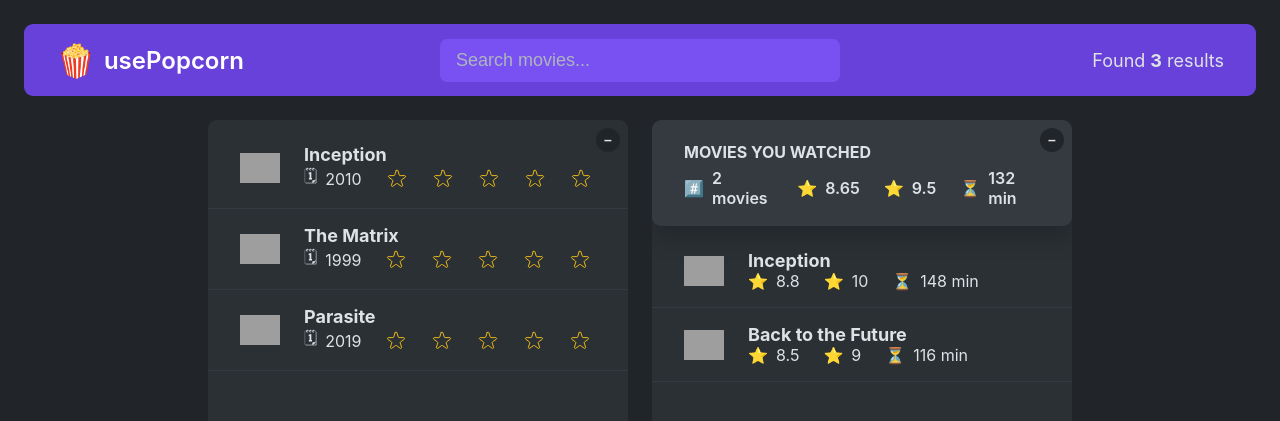
Repository: pmcalmeida/usepopcorn
Page: /
These files come from the project's save history. The page is drawn as it stood at one moment and after the next save; the edit follows.
The browser window is 1280 px wide. The pictures show the whole page.
Pictures or frames that could not be fetched are drawn as grey boxes. The project was rebuilt for these pictures with package versions that can differ from the ones it lists, and the page was loaded fresh each time.

Above is the page before, as saved 2024-06-25 16:28:33.

After the next save:
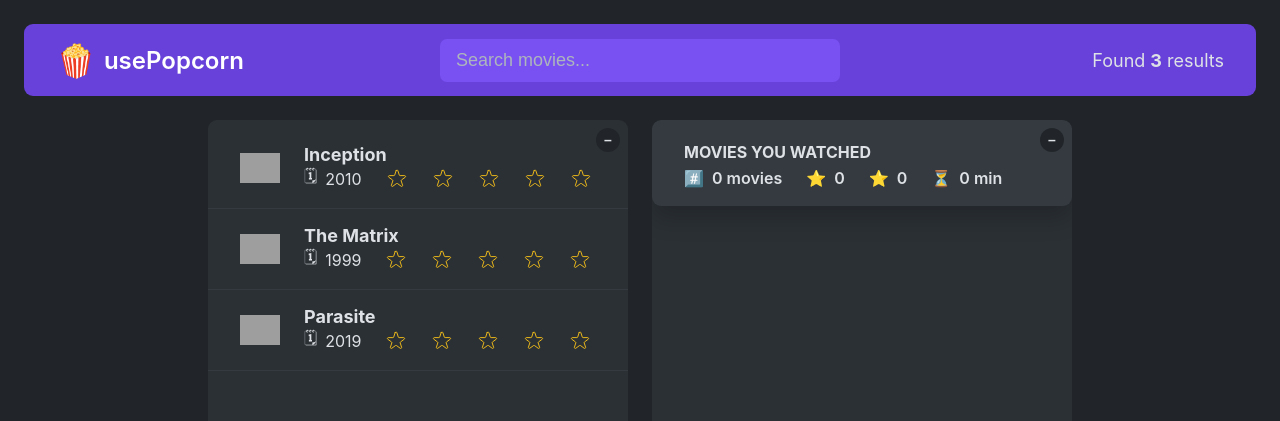
Saved 47 s later.
--- a/src/App.js
+++ b/src/App.js
@@ -144,7 +144,7 @@ function MovieDetails({ selectedId,  onCloseMovie }) {
 
 export default function App() {
   const [movies, setMovies] = useState(tempMovieData);
-  const [watched, setWatched] = useState(tempWatchedData);
+  const [watched, setWatched] = useState([]);
   const [isLoading, setIsLoading] = useState(false);
   const [error, setError] = useState("");
   const [query, setQuery] = useState("");
